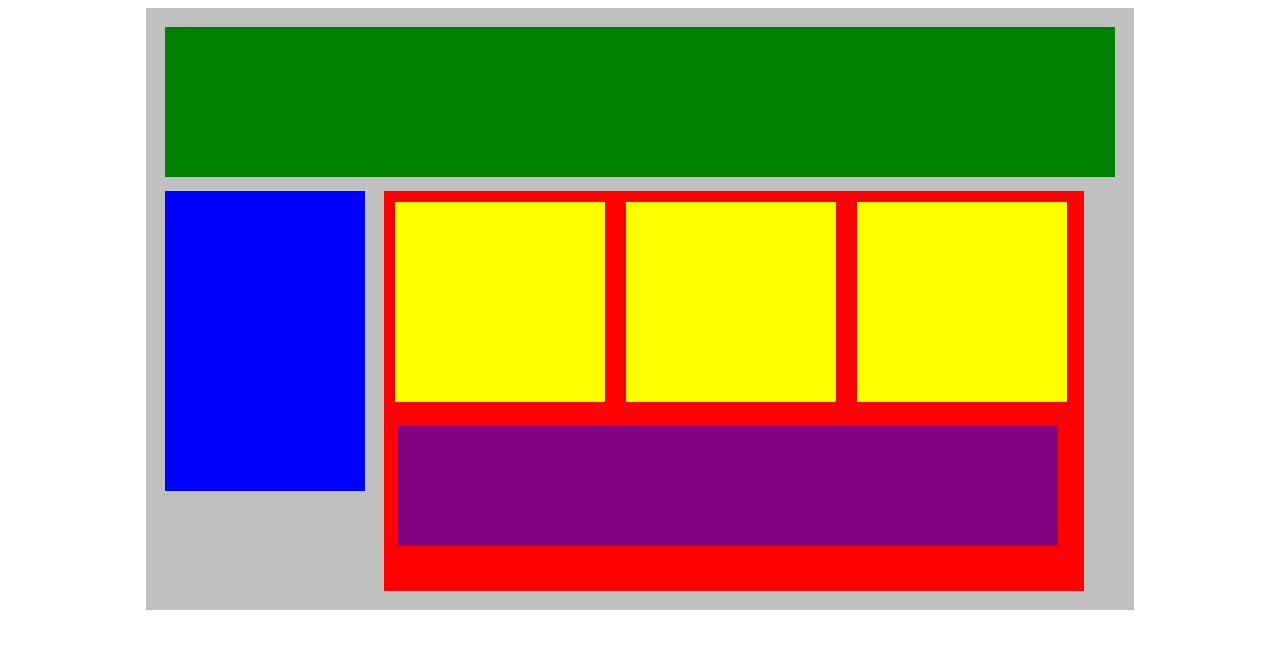
Repository: Fredy452/Fundamentos_de_la_Web
Page: Trabajos/Bloques-Flex/index.html
An editor plug-in stored every save of this project. The page is shown before and after the next save, followed by the edit.
The browser window is 1280 px wide. The pictures show the whole page.

Above is the page before, as saved 2023-06-16 18:26:10.

### Trabajos/Bloques-Flex/index.html
<!DOCTYPE html>
<html lang="en">
<head>
    <meta charset="UTF-8">
    <meta name="viewport" content="width=device-width, initial-scale=1.0">
    <title>Bloque usando flex</title>
    <link rel="stylesheet" href="style.css">
</head>
<body>
    <div class="container">
        <div class="top-nav"></div>
        <div class="row">
            <div class="side-nav"></div>
            <div class="main">
                <div class="row">
                    <div class="sub-content"></div>
                    <div class="sub-content"></div>
                    <div class="sub-content"></div>
                </div>
                <div id="advertisement"></div>
            </div>
        </div>
    </div>
</body>
</html>

### Trabajos/Bloques-Flex/style.css
.container{
    width: 950px;
    background-color:silver;
    margin: 0 auto;
    padding: 1.5%;
    display: flex;
    flex-direction: column;
}
.top-nav{
    height: 150px;
    width: 950px;
    background-color: green;
    margin-bottom: 1.5%;
}
.row{
    display: flex;
}
.side-nav{
    height: 300px;
    width: 200px;
    background-color: blue;
    margin-right: 2%;
}
.main{
    height: 400px;
    width: 700px;
    background-color:red;
}
.sub-content{
    width: 210px;
    height: 200px;
    background-color:yellow;
    margin: 1.5%;
}
#advertisement{
    width: 660px;
    height: 120px;
    background-color:purple;
    margin: 2%;
}

After the next save:
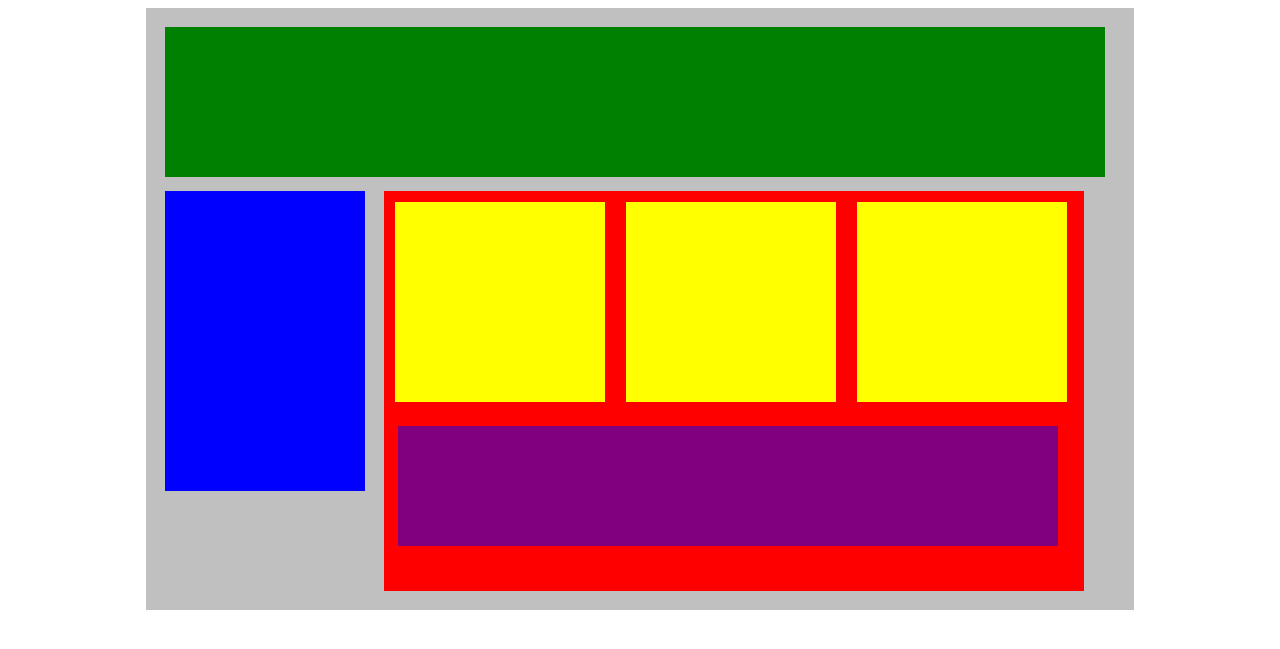
Saved 37 s later.
--- a/Trabajos/Bloques-Flex/style.css
+++ b/Trabajos/Bloques-Flex/style.css
@@ -8,7 +8,7 @@
 }
 .top-nav{
     height: 150px;
-    width: 950px;
+    width: 940px;
     background-color: green;
     margin-bottom: 1.5%;
 }
@@ -19,7 +19,7 @@
     height: 300px;
     width: 200px;
     background-color: blue;
-    margin-right: 2%;
+    margin-right    : 2%;
 }
 .main{
     height: 400px;
